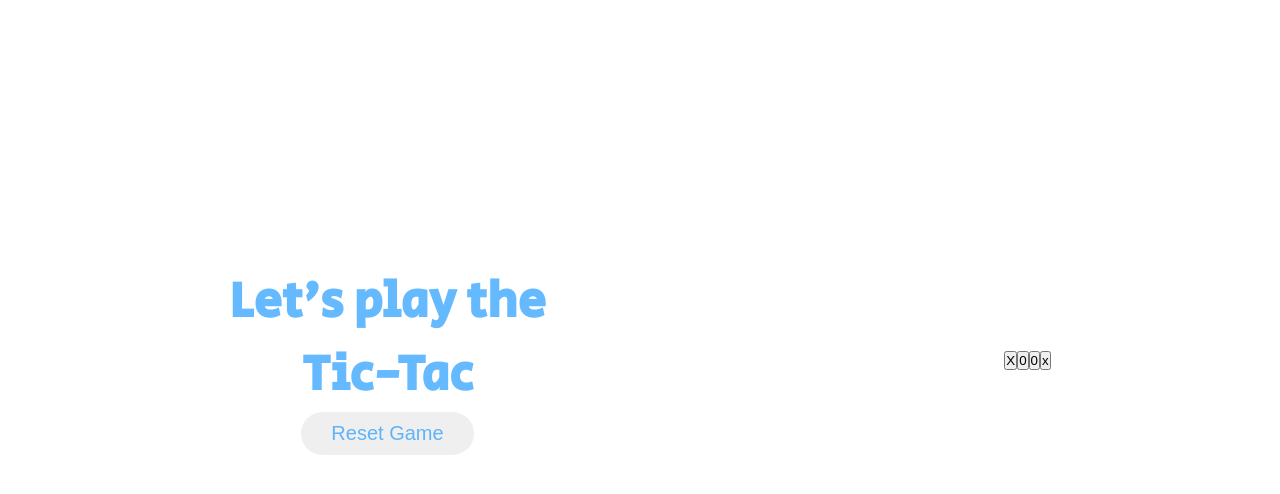
Repository: evergreenx/tic-tac
Page: /
These files come from the project's save history. The page is drawn as it stood at one moment and after the next save; the edit follows.
The browser window is 1280 px wide. The pictures show the whole page.
The project was rebuilt for these pictures with package versions that can differ from the ones it lists, and the page was loaded fresh each time.

Above is the page before, as saved 2022-04-21 04:10:00.

### src/index.scss
@import url("https://fonts.googleapis.com/css2?family=Anton&family=Secular+One&display=swap");

* {
  margin: 0;
  padding: 0;
  box-sizing: border-box;
}

body {
  font-family: "Secular One", sans-serif;
}

.App {
  display: flex;
  flex-direction: row;
  align-items: center;
  justify-content: space-around;
  height: 100vh;

  .board-text {
    .heading {
      color: #008cff9a;
      font-size: 50px;
    }

    .reset--button--text {
      color: #008cff9a;
      font-size: 20px;
      padding: 10px 30px;
      border: none;
      border-radius: 50px;
      cursor: pointer;
    }
  }
}

@media (max-width: 768px) {
  .App {
    flex-direction: column;
  }
}

### src/App.js
import "./App.css";
import Board from "./components/Board";

function App() {
  return (
    <section className="App">
      <div className="board-text">
        <h1 className="heading">
          Let's play the <br /> Tic-Tac
        </h1>
        <div class="reset--button">
          <button class="reset--button--text">Reset Game</button>
        </div>
      </div>

      <Board />
    </section>
  );
}

export default App;

### src/components/Board.jsx
import React from "react";
import './Board.scss'

function Board() {
  return (
    <div className="board">
      <button>X</button>

      <button>0</button>

      <button>0</button>

      <button>x</button>
    </div>
  );
}

export default Board;

### src/components/Board/Board.scss
.board {
  display: flex;
  flex-direction: row;
}

Loaded but not shown: public/index.html (common file); src/index.js (common file); src/reportWebVitals.js (common file); src/App.css (common file)

After the next save:
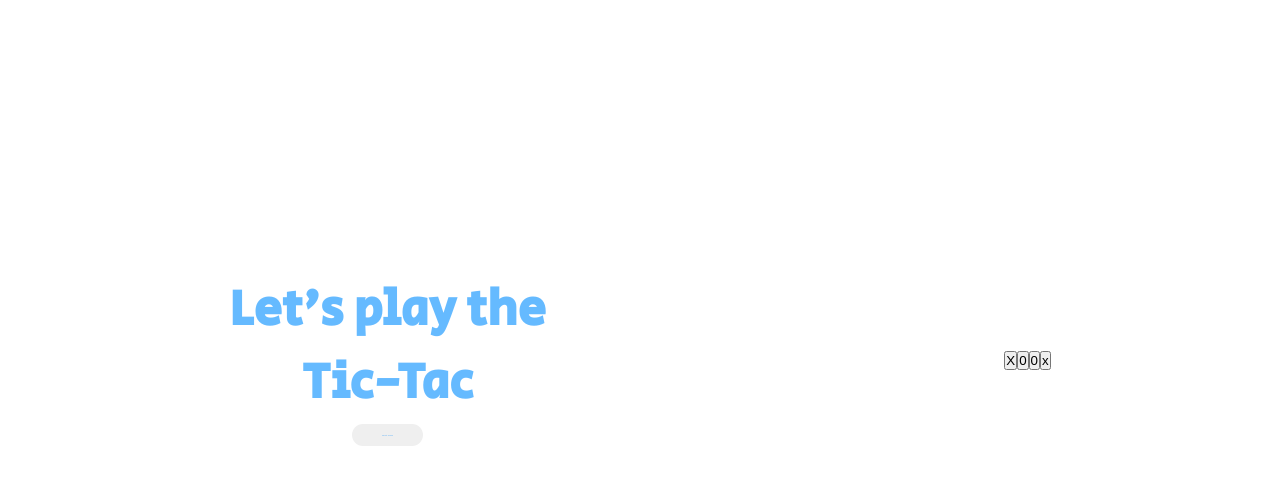
Saved 8 s later.
--- a/src/index.scss
+++ b/src/index.scss
@@ -25,7 +25,7 @@ body {
 
     .reset--button--text {
       color: #008cff9a;
-      font-size: 20px;
+      font-size: 2px;
       padding: 10px 30px;
       border: none;
       border-radius: 50px;
